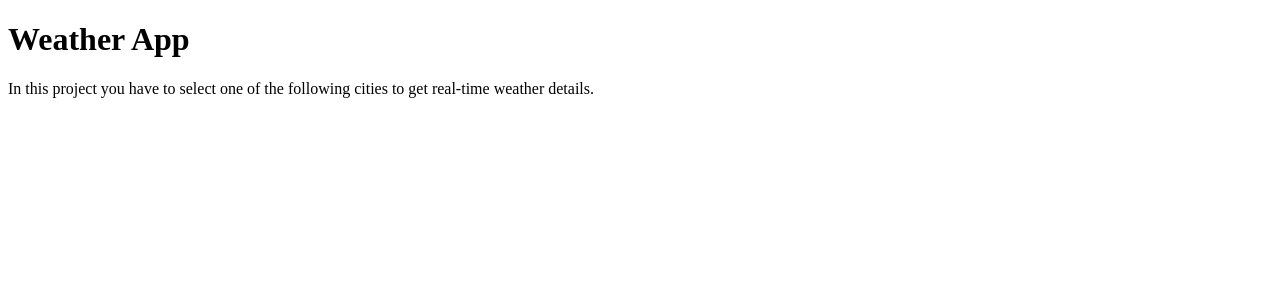
Repository: AalokJadhav/Weather_Website
Page: welcome.html
The author's editor kept a copy of each file at every save. The page is drawn from the files as they stood at one save, then again after the next save.
The browser window is 1280 px wide. The pictures show the whole page.

Above is the page before, as saved 2020-11-03 07:55:11.

After the next save:
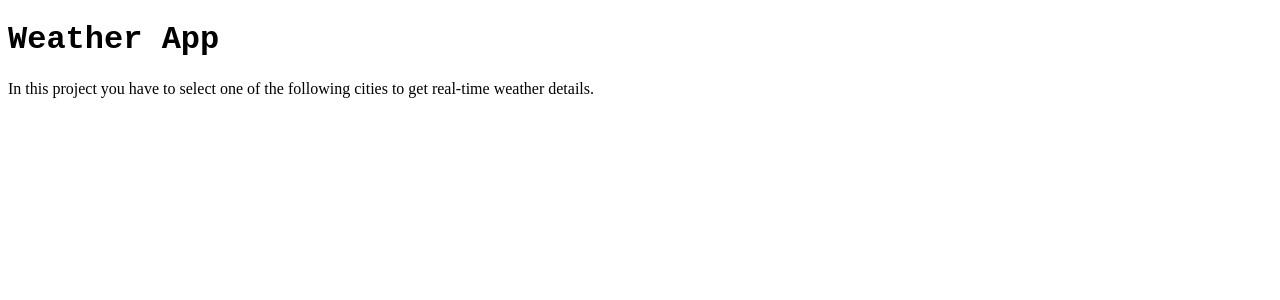
Saved 28 s later.
--- a/welcome.html
+++ b/welcome.html
@@ -6,7 +6,7 @@
     <title>Document</title>
 </head>
 <body>
-    <h1> Weather App</h1>
+    <h1 style="font-family: 'Courier New', Courier, monospace;"> Weather App</h1>
     <p>
         In this project you have to select one of the following cities to get real-time weather details.
     </p>
